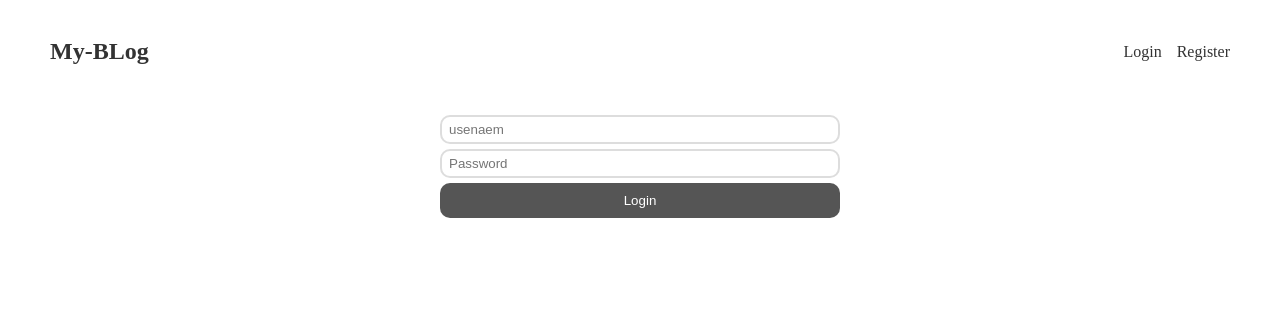
Repository: Attar786/mernblog
Page: /login (app in client/)
The author's editor kept a copy of each file at every save. The page is drawn from the files as they stood at one save, then again after the next save.
The browser window is 1280 px wide. The pictures show the whole page.
The project was rebuilt for these pictures with package versions that can differ from the ones it lists, and the page was loaded fresh each time. Also part of the build but not shown: client/vite.config.js, client/src/components/Post.jsx, client/src/pages/Indexpage.jsx, client/src/pages/RegisterPage.jsx, client/src/index.css.

Above is the page before, as saved 2024-08-14 17:29:34.

After the next save:
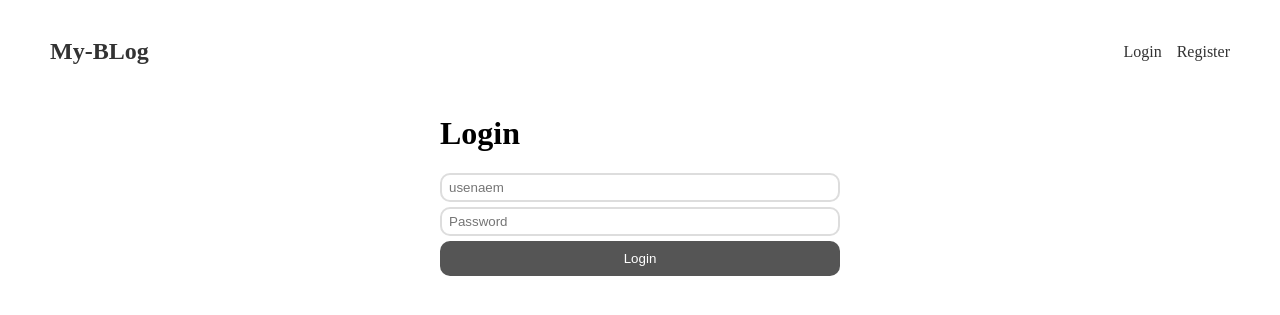
Saved 7 s later.
--- a/client/src/pages/LoginPage.jsx
+++ b/client/src/pages/LoginPage.jsx
@@ -1,11 +1,14 @@
 const LoginPage = () => {
   return (
+    <>
     <form className="login">
+    <h1>Login</h1>
+
         <input type="text" placeholder="usenaem" />
         <input type="password" placeholder="Password" />
         <button type="submit">Login</button>
     </form>
-
+    </>
   )
 }
 
